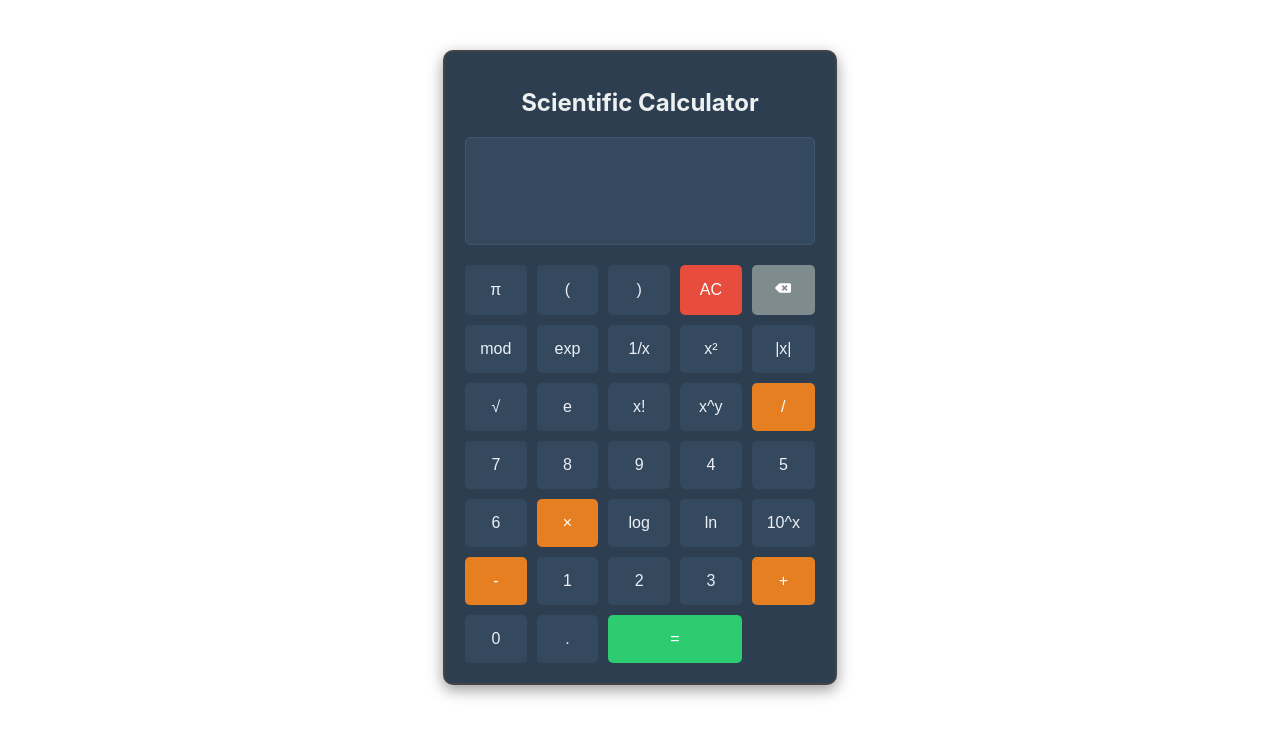
Repository: thesaherriaz/Calculator-React
Page: /
These files come from the project's save history. The page is drawn as it stood at one moment and after the next save; the edit follows.
The browser window is 1280 px wide. The pictures show the whole page.
The project was rebuilt for these pictures with package versions that can differ from the ones it lists, and the page was loaded fresh each time.

Above is the page before, as saved 2025-06-20 12:45:38.

After the next save:
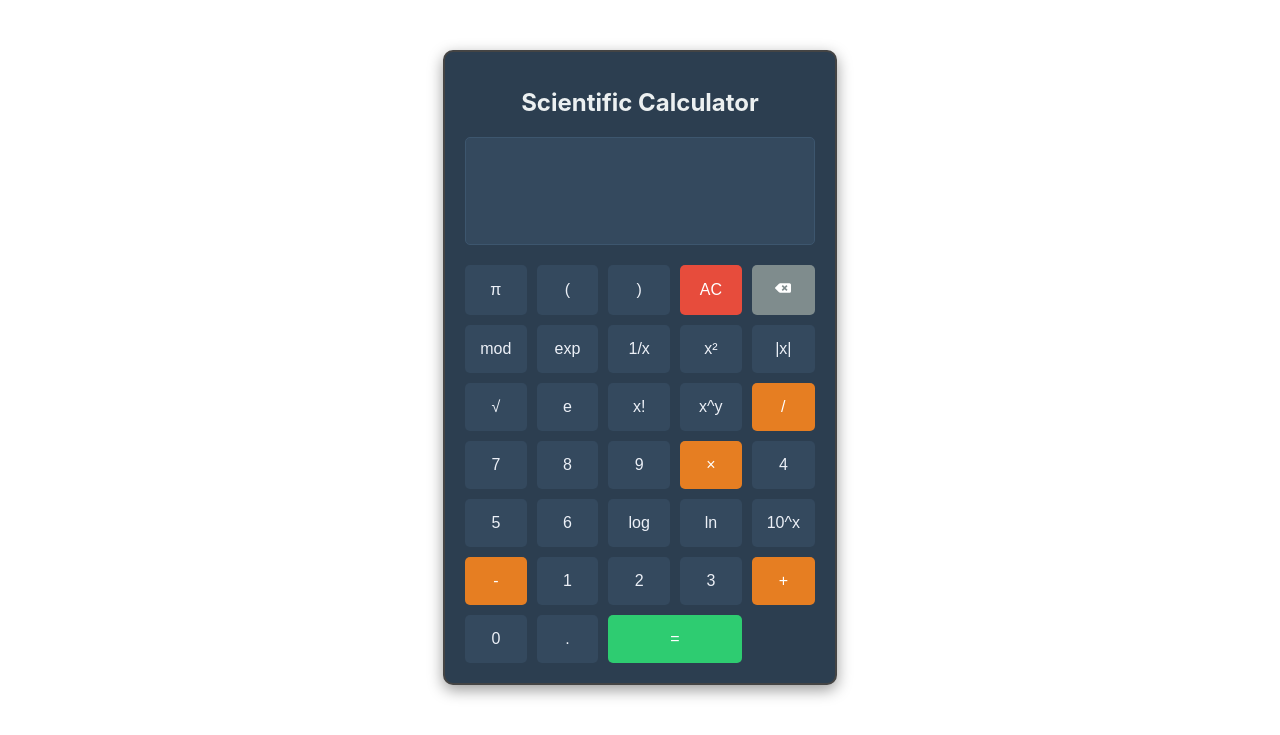
Saved 43 s later.
--- a/src/compnents/Calculator.jsx
+++ b/src/compnents/Calculator.jsx
@@ -85,11 +85,11 @@ function Calculator() {
                 <button onClick={() => handleClick('7')}>7</button>
                 <button onClick={() => handleClick('8')}>8</button>
                 <button onClick={() => handleClick('9')}>9</button>
+                <button className="operator" onClick={() => handleClick('*')}>×</button>
 
                 <button onClick={() => handleClick('4')}>4</button>
                 <button onClick={() => handleClick('5')}>5</button>
                 <button onClick={() => handleClick('6')}>6</button>
-                <button className="operator" onClick={() => handleClick('*')}>×</button>
 
                 <button onClick={() => handleClick('log')}>log</button>
                 <button onClick={() => handleClick('ln')}>ln</button>
